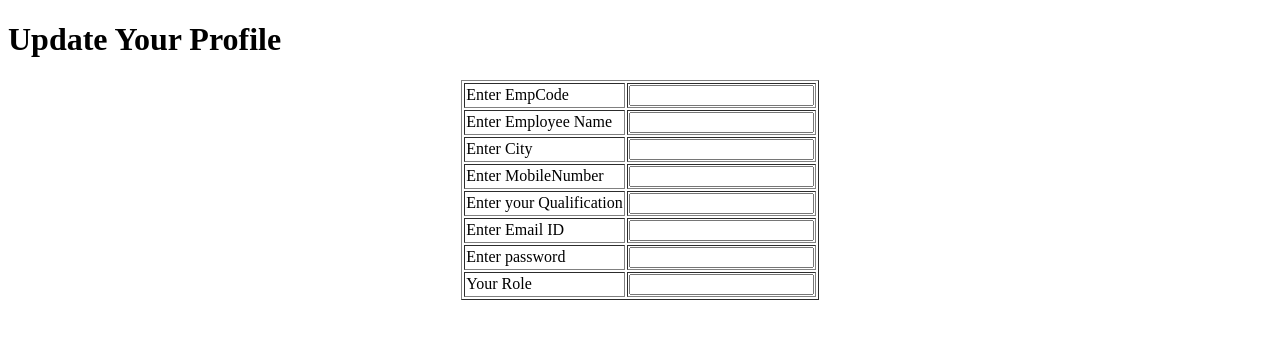
Repository: nehakunwar/SkillMap_Projects
Page: http://localhost/WebNaukariServletJspApp/WEB-INF/views/updateUserProfile.jsp
An editor plug-in stored every save of this project. The page is shown before and after the next save, followed by the edit.
The browser window is 1280 px wide. The pictures show the whole page.
The page is served by Tomcat 9. Nobody is signed in. Other server files are loaded and not shown. The template is opened directly, without the code that normally fills it, so the values that code supplies are empty.

Above is the page before, as saved 2018-07-27 15:26:07.

### WebNaukariServletJspApp/WebContent/WEB-INF/views/updateUserProfile.jsp
<%@ page language="java" contentType="text/html; charset=ISO-8859-1"
    pageEncoding="ISO-8859-1"%>
<!DOCTYPE html PUBLIC "-//W3C//DTD HTML 4.01 Transitional//EN" "http://www.w3.org/TR/html4/loose.dtd">
<html>
<head>
<meta http-equiv="Content-Type" content="text/html; charset=ISO-8859-1">
<title>Insert title here</title>
</head>
<body>


<h1><b>Update Your Profile</b></h1>

		<table style="with: 50%" border="1" align="center">

			<tr>
				<td>Enter EmpCode</td><td><input type="text" name="empid" value="${requestScope.employee.empId}" readonly="readonly"></td>
			</tr>
				<tr>
				<td>Enter Employee Name</td><td><input type="text" name="empname" value="${requestScope.employee.empName}"/></td>
			</tr>
			<tr>
				<td>Enter City</td>  <td><input type="text" name="city" value="${requestScope.employee.city}"/></td>
			</tr>
			<tr>
			<td>Enter MobileNumber</td><td><input type="text" name="number" value="${requestScope.employee.contactNumber}"/></td>
			</tr>
			<tr>
				<td>Enter your Qualification</td><td><input type="text" name="empqualification" value="${requestScope.employee.empQualification}"/></td>
			</tr>
			<tr>
				<td>Enter Email ID </td><td><input type="text" name="email" value="${requestScope.employee.empEmail}"/></td>
			</tr>
			<tr>
				<td>Enter password</td><td><input type="text" name="password" value="${requestScope.employee.password}" /></td>
			</tr>
			<tr><td> Your Role</td>
                    <td><input type="text" name="role"  value="${requestScope.employee.role}" readonly="readonly"/></td>


                </tr>
		</table>

</body>
</html>

After the next save:
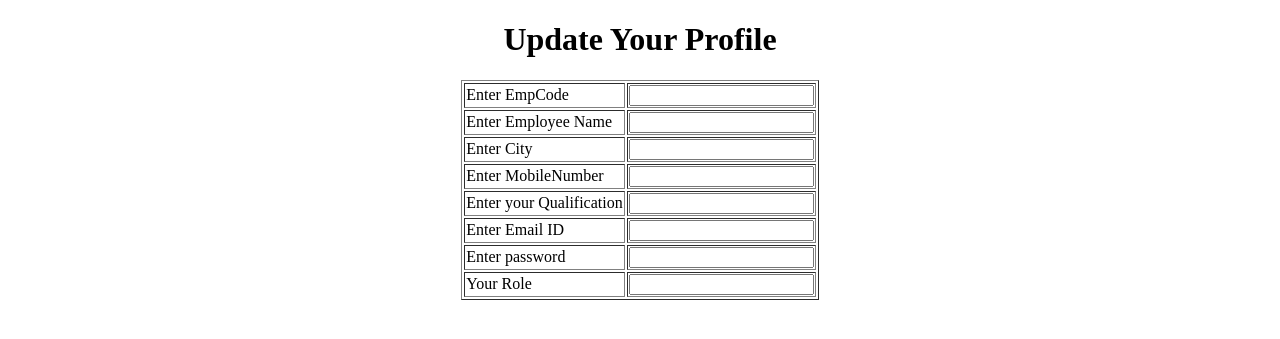
Saved 24 s later.
--- a/WebNaukariServletJspApp/WebContent/WEB-INF/views/updateUserProfile.jsp
+++ b/WebNaukariServletJspApp/WebContent/WEB-INF/views/updateUserProfile.jsp
@@ -9,7 +9,7 @@
 <body>
 
 
-<h1><b>Update Your Profile</b></h1>
+<h1 align="center"><b>Update Your Profile</b></h1>
 
 		<table style="with: 50%" border="1" align="center">
 
